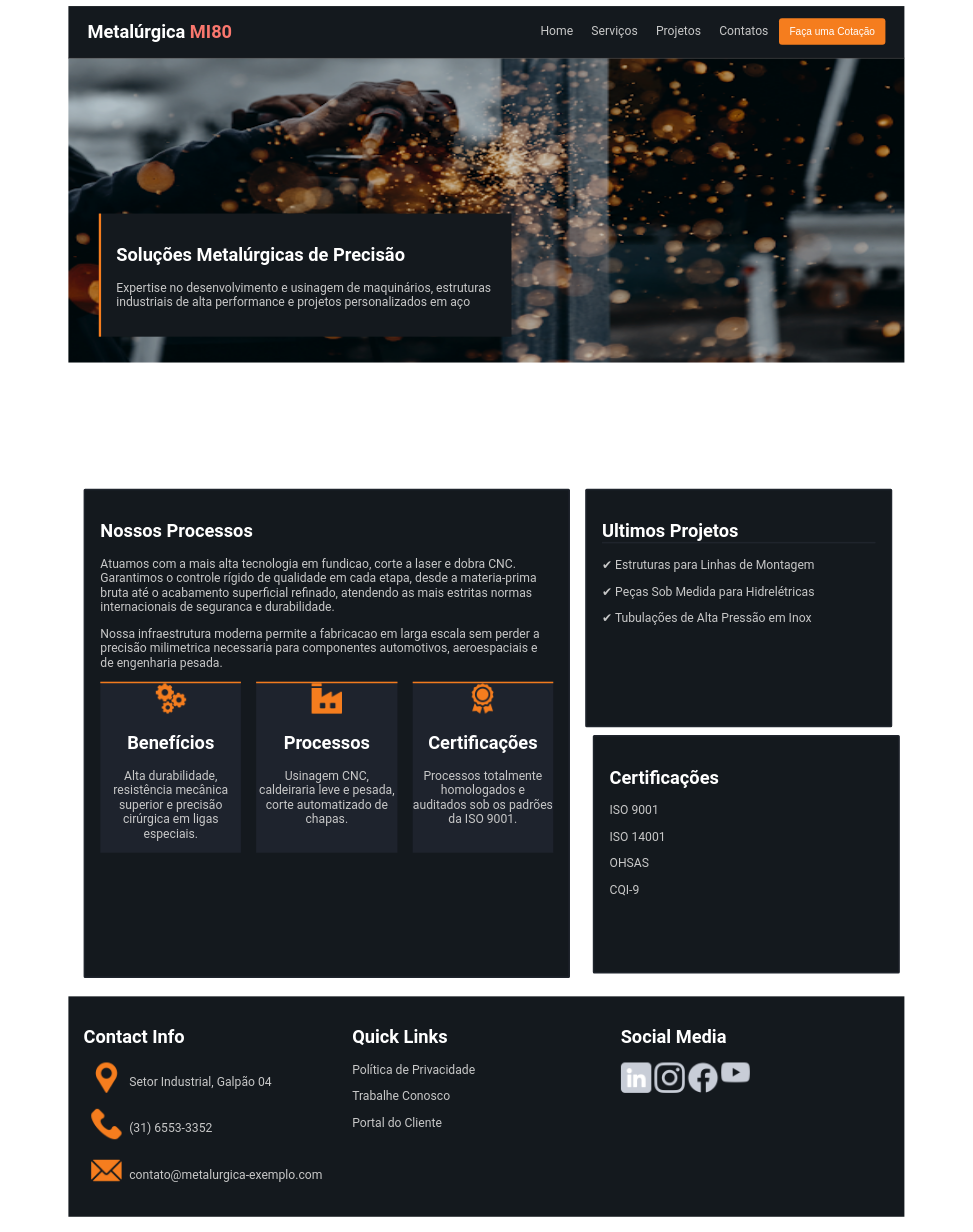
Repository: guiCherpinski/landing-page-metalurgica
Page: index.html
The author's editor kept a copy of each file at every save. The page is drawn from the files as they stood at one save, then again after the next save.
The browser window is 1280 px wide. The pictures show the whole page, at 76% of full size.

Above is the page before, as saved 2026-06-08 15:22:24.

After the next save:
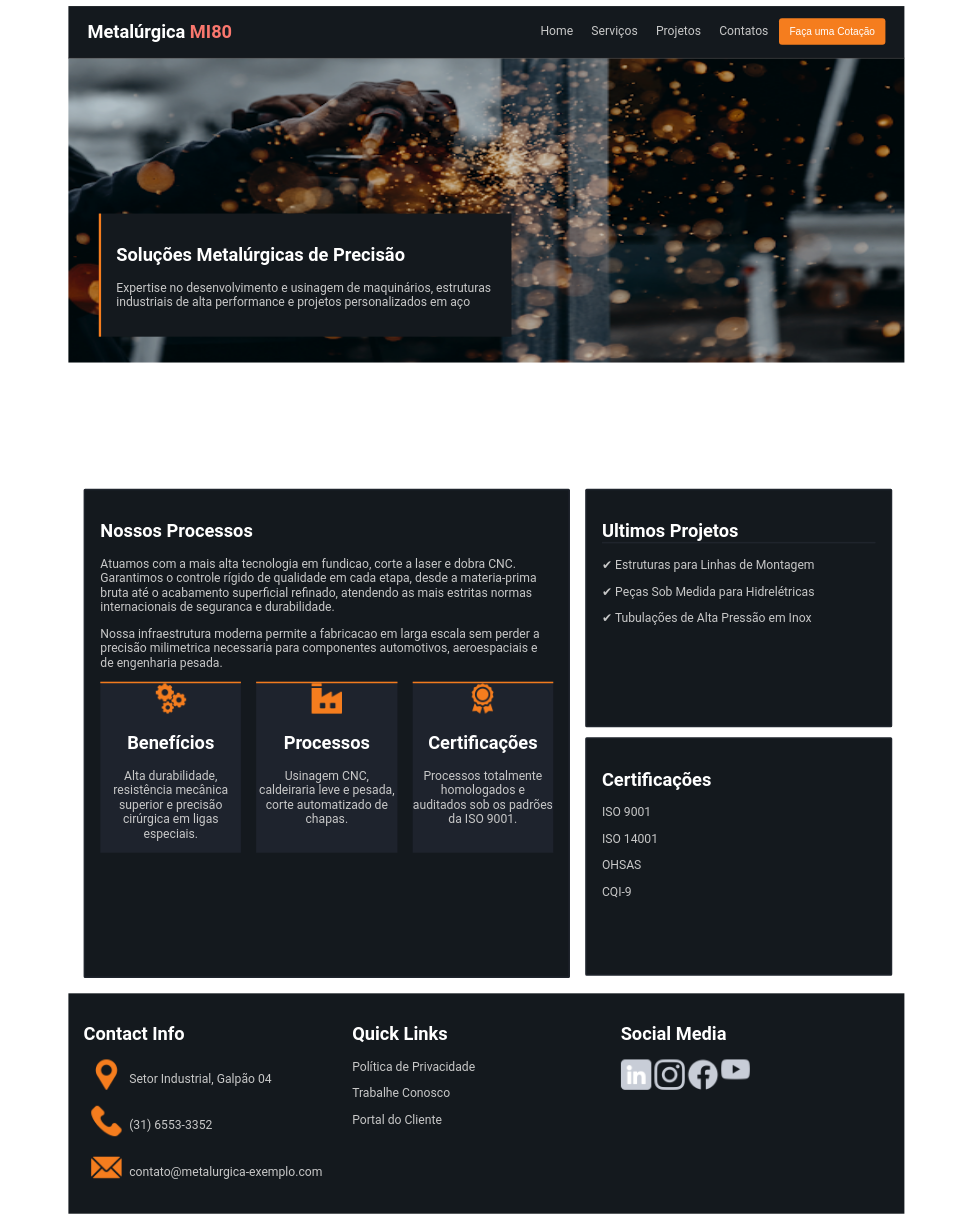
Saved 5 s later.
--- a/style.css
+++ b/style.css
@@ -141,7 +141,7 @@ header button:hover{
     height: 270px;
     width: 360px;
     padding: 20px;
-    margin: 10px;
+    margin-top: 10px;
 }
 
 .certificates h2{
